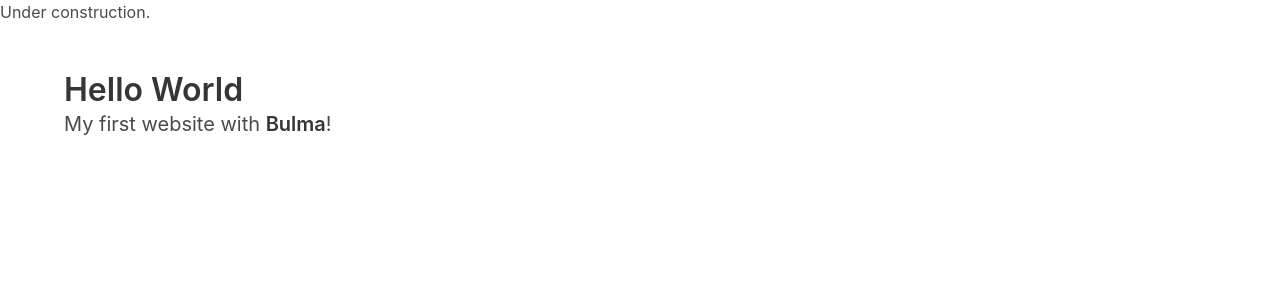
Repository: aalemayhu/podcast.alemayhu.com
Page: index.html
The author's editor kept a copy of each file at every save. The page is drawn from the files as they stood at one save, then again after the next save.
The browser window is 1280 px wide. The pictures show the whole page.
Some web libraries are served in a nearby version.

Above is the page before, as saved 2020-03-07 22:47:31.

After the next save:
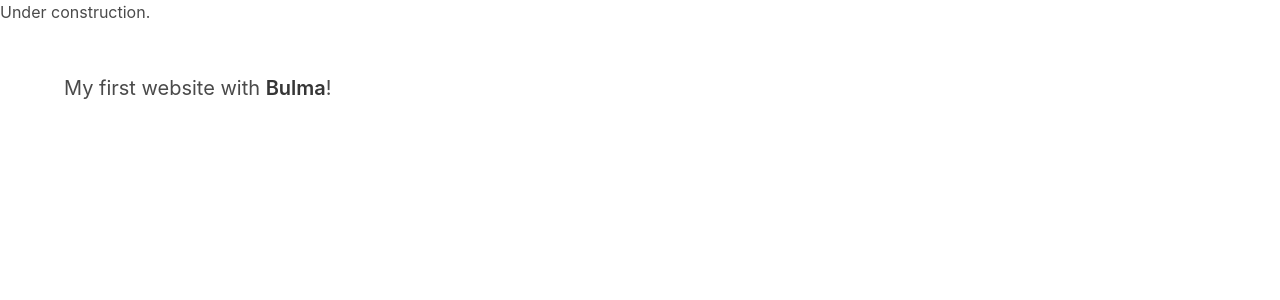
Saved 5 s later.
--- a/index.html
+++ b/index.html
@@ -13,7 +13,7 @@ Under construction.
   <section class="section">
     <div class="container">
       <h1 class="title">
-        Hello World
+
       </h1>
       <p class="subtitle">
         My first website with <strong>Bulma</strong>!
